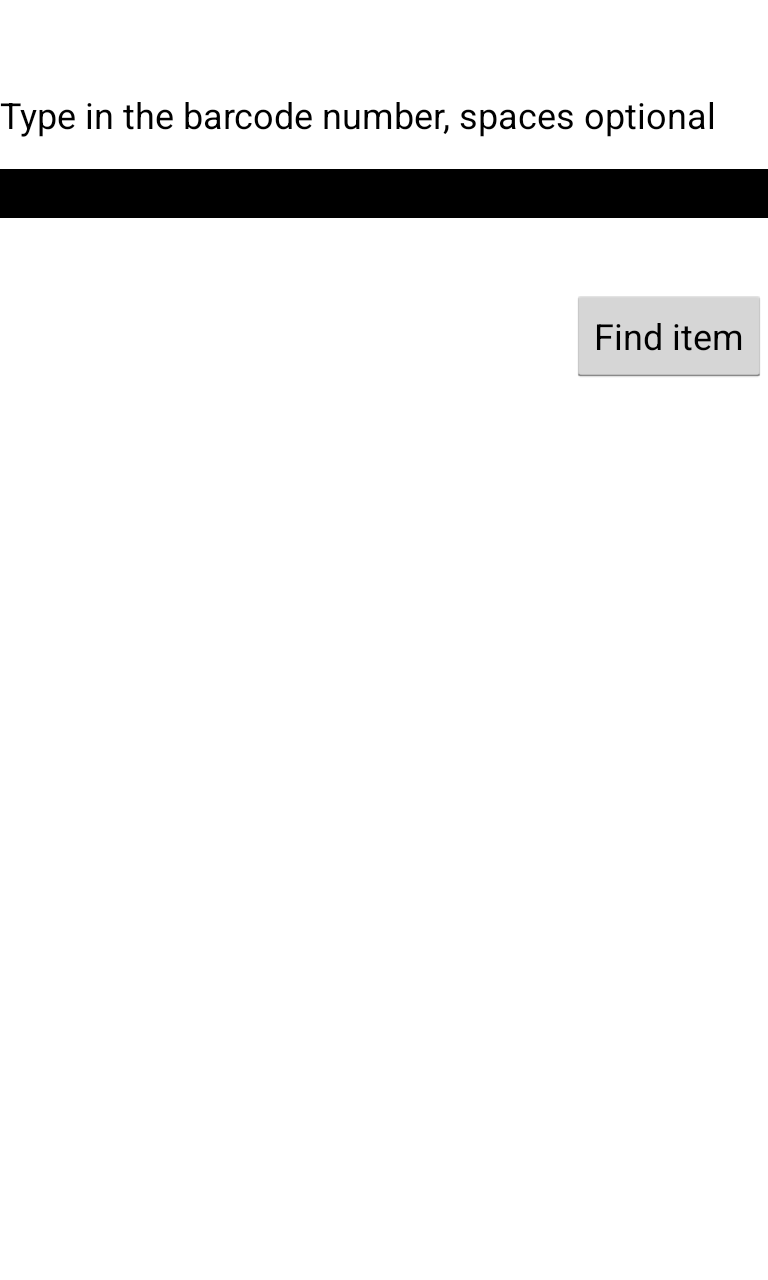
Repository: harvard-lil/wtwba-android-app
Layout: wtwba/res/layout/activity_type_barcode.xml
These files come from the project's save history. The layout is drawn as it stood at one moment and after the next save; the edit follows.
It is drawn on a 768 x 1280 px phone screen (xhdpi) without system bars, with theme AppTheme; the app's code is not run.

Above is the layout before, as saved 2013-03-20 16:10:41.

### wtwba/res/layout/activity_type_barcode.xml
<?xml version="1.0" encoding="utf-8"?>

<LinearLayout xmlns:android="http://schemas.android.com/apk/res/android"
    xmlns:tools="http://schemas.android.com/tools"
    android:layout_width="match_parent"
    android:layout_height="match_parent"
    android:layout_margin="15dip"
    android:orientation="vertical"
    >

    <ImageView
            android:id="@+id/barcode_example"
            android:layout_width="wrap_content"
            android:layout_marginTop="15dip"
        	android:layout_marginBottom="15dip"
            android:layout_height="wrap_content"
            android:layout_gravity="center"
        	/>

    <TextView
        android:layout_width="fill_parent"
        android:layout_height="wrap_content"
        android:layout_marginTop="15dip"
        android:layout_marginBottom="15dip"
        android:textAppearance="?android:attr/textAppearanceMedium"
        android:text="@string/type_barcode_instructions"
         />

    <EditText android:id="@+id/barcode"
        android:layout_width="fill_parent"
        android:layout_height="wrap_content"
        android:layout_marginBottom="35dip"
        android:layout_gravity="right"
        android:background="@android:color/black"
        android:inputType="text" />

    <Button
        android:layout_width="wrap_content"
        android:layout_height="wrap_content"
        android:layout_gravity="right"
        android:text="@string/button_type"
        android:onClick="submitBarcode" />
</LinearLayout>

### wtwba/res/values/strings.xml
<?xml version="1.0" encoding="utf-8"?>
<resources>

    <string name="app_name">wtwba</string>
    <string name="main_activity_title">Where the Wild Books Are</string>
    <string name="activity_item_details_title">Wild Books</string>
    <string name="activity_scan_title">Wild Books</string>
    <string name="activity_manage_user_title">Manage user key</string>
    <string name="activity_type_barcode_title">Add item using fingers</string>
    <string name="activity_location_title">Select your current location</string>
    <string name="item_found_title">Yeehaw! We added your item</string>
    <string name="scan_error_title">Something went wrong</string>
    <string name="user_name_box_label">Enter your assigned user key</string>
    <string name="edit_message">Enter a message</string>
    <string name="loading_message">Loading</string>


    <string name="button_confirm_delete">Delete from list</string>
    <string name="button_scan_item">Scan barcode</string>
    <string name="button_key_item">Type barcode</string>
    <string name="activity_delete_title">Delete from list</string>

    <string name="button_scan">Scan</string>
    <string name="button_type">Find item</string>
    <string name="button_item_confrim">Return home</string>
    <string name="button_add">Add to list</string>
    <string name="button_save_user_name">Save user key</string>
    <string name="menu_settings">Settings</string>
    <string name="scan_error">Something went wrong when when I tried to add the item. Sorry. Can you give it a try again?</string>
    <string name="title_activity_main">MainActivity</string>
    <string name="type_barcode_instructions">Type in the barcode number, spaces optional</string>
    <string name="hello_world">Hello world!</string>
    <string name="title_holder">Sample Title Here</string>
    <string name="connection_error">Unable to connect to network</string>
    <string name="title_activity_display_message">DisplayMessageActivity</string>
    <string name="empty_list">You haven\'t added any items.</string>

</resources>

Loaded but not shown: wtwba/res/values-v11/styles.xml (common file); wtwba/res/values-v14/styles.xml (common file); wtwba/res/values/styles.xml (common file)

After the next save:
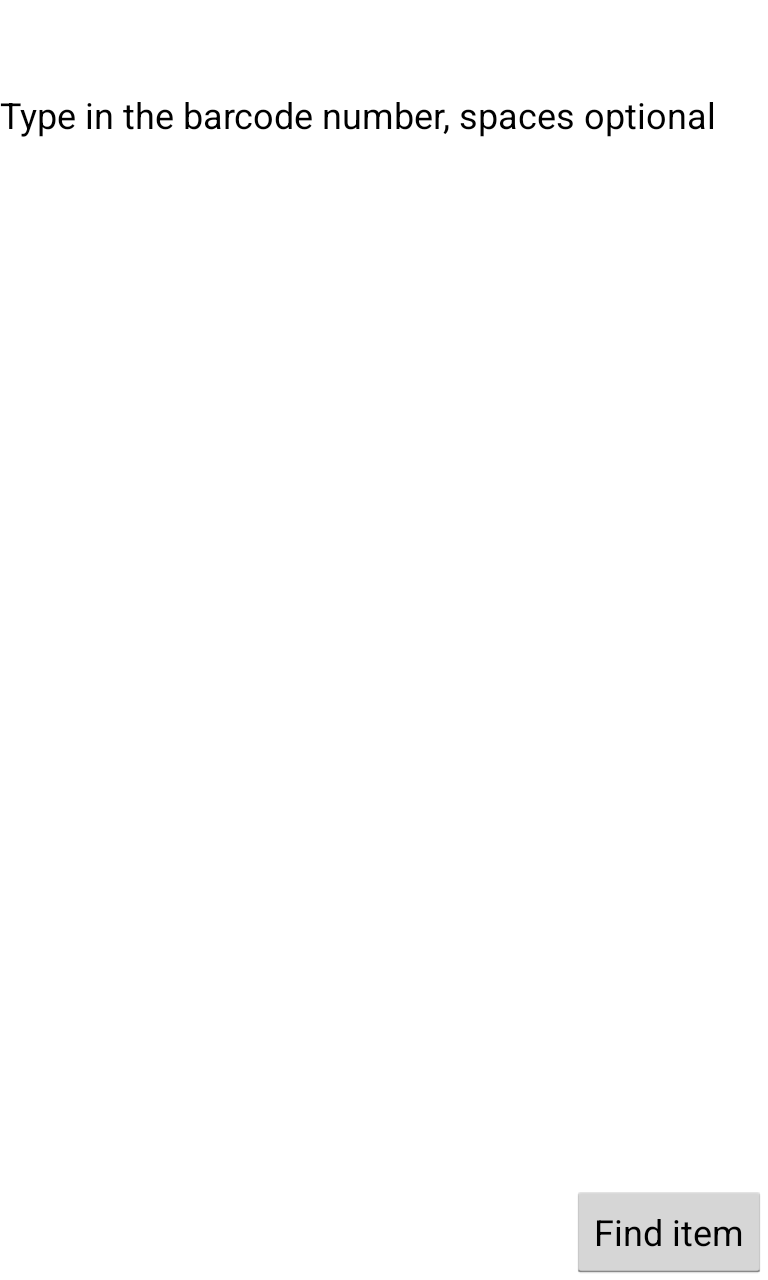
Saved 74 s later.
--- a/wtwba/res/layout/activity_type_barcode.xml
+++ b/wtwba/res/layout/activity_type_barcode.xml
@@ -26,14 +26,21 @@
         android:text="@string/type_barcode_instructions"
          />
 
+    <FrameLayout
+    android:id="@+id/frameLayoutValueContainer"
+    android:layout_width="0dp"
+    android:layout_height="wrap_content"
+    android:layout_weight="0.6"
+    android:padding="1dp"
+    android:background="@android:color/black" >
+
     <EditText android:id="@+id/barcode"
         android:layout_width="fill_parent"
         android:layout_height="wrap_content"
         android:layout_marginBottom="35dip"
         android:layout_gravity="right"
-        android:background="@android:color/black"
         android:inputType="text" />
-
+    </FrameLayout>
     <Button
         android:layout_width="wrap_content"
         android:layout_height="wrap_content"
